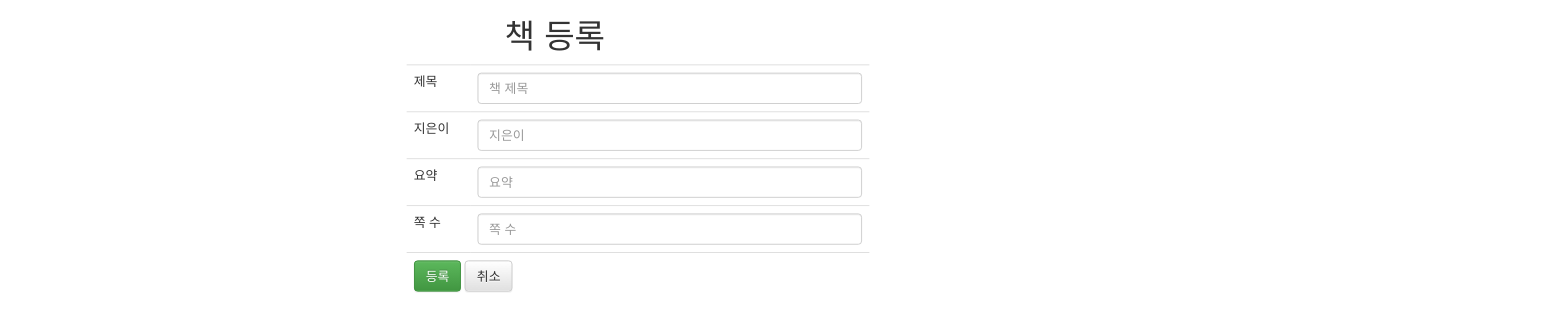
Repository: newzinee/SKDidimdolSpring
Page: http://localhost/AZBookPrj/insertBook.jsp
An editor plug-in stored every save of this project. The page is shown before and after the next save, followed by the edit.
The browser window is 1280 px wide. The page is 1703 px wide, then 1280 px, so the pictures cover 1703 px, including what lies to the right of the window. The pictures show the whole page, at 92% of full size.
The page is served by Tomcat 9. Nobody is signed in. The application's start-up code is not run.

Above is the page before, as saved 2017-02-12 14:35:19.
Console error (its wording comes from the project's code and is left out).

After the next save:
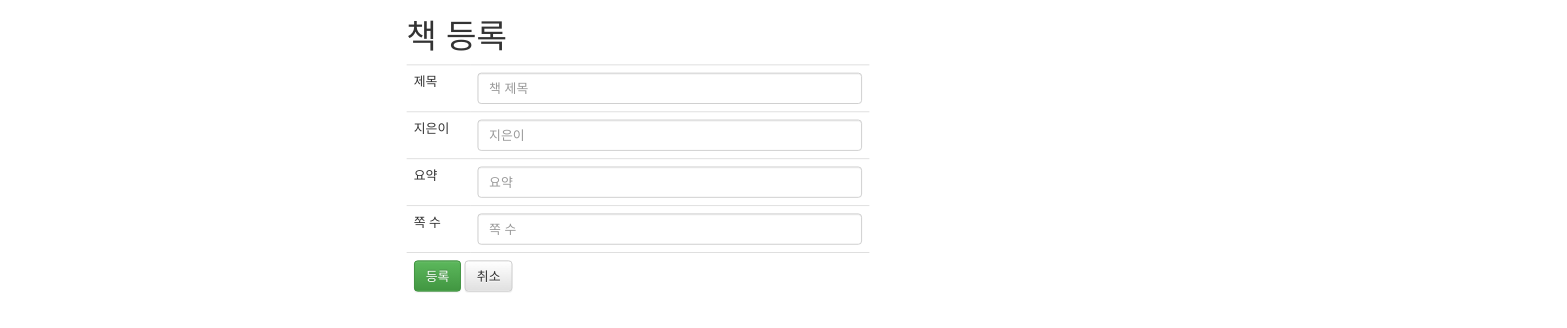
Saved 28 s later.
--- a/AZBookPrj/WebContent/insertBook.jsp
+++ b/AZBookPrj/WebContent/insertBook.jsp
@@ -30,7 +30,7 @@
 
 </head>
 <body>
-	<div class="container col-md-offset-5">
+	<div class="container col-md-offset-4 col-md-5">
 		<h1>책 등록</h1>
 	</div>
 	<div class="container col-md-offset-4 col-md-5">
@@ -53,7 +53,7 @@
 				</tr>
 				<tr>
 					<td>쪽 수</td>
-					<td><input type="number" name="page" placeholder="쪽 수" size="35" class="form-control"></td>
+					<td><input type="number" name="page" placeholder="쪽 수" size="35" class="form-control" required></td>
 				</tr>
 				<tr>
 					<td colspan=2 class="lasttd">
